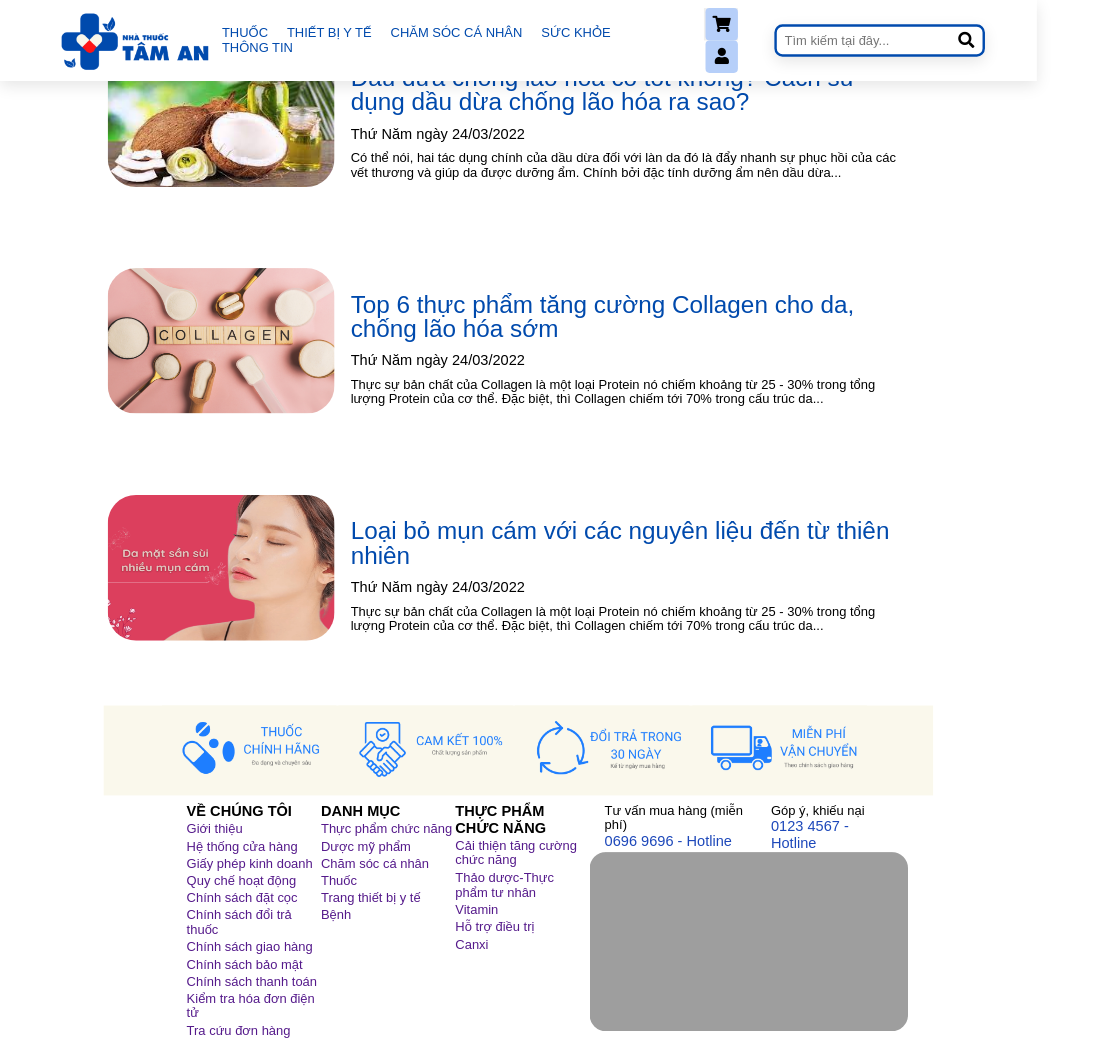
Repository: ViralAIWorks/TamAnPharmacy.github.io
Page: pages/chamsoccanhan.html
These files come from the project's save history. The page is drawn as it stood at one moment and after the next save; the edit follows.
The browser window is 1280 px wide. The page is 1280 px wide, then 1370 px, then 1280 px, so the pictures cover 1370 px, including what lies to the right of the window. The pictures show the whole page, at 81% of full size.
Pictures or frames that could not be fetched are drawn as grey boxes. Some web fonts or font styles are not loaded; a fallback is used.

Above is the page before, as saved 2022-03-23 19:16:07.
Console error: ReferenceError: Swiper is not defined

After the next save:
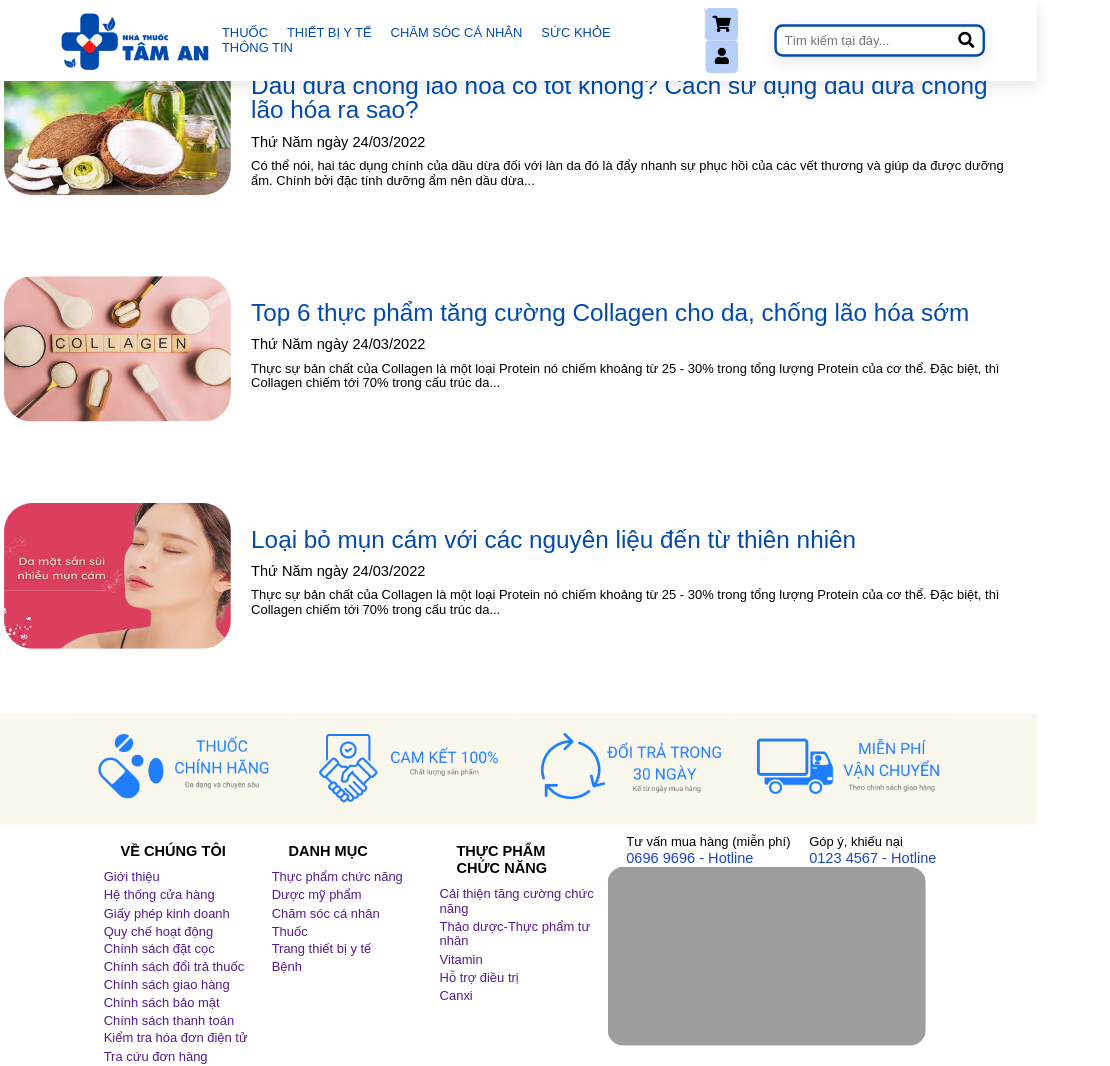
Saved 11 s later.
--- a/pages/chamsoccanhan.css
+++ b/pages/chamsoccanhan.css
@@ -187,7 +187,7 @@
     transition: 0.5s linear;
 }
 
-.ss-chuyende-news {
+.ss-chuyende-news h2 {
     margin: 10px 10%;
 }
 

After the save that followed:
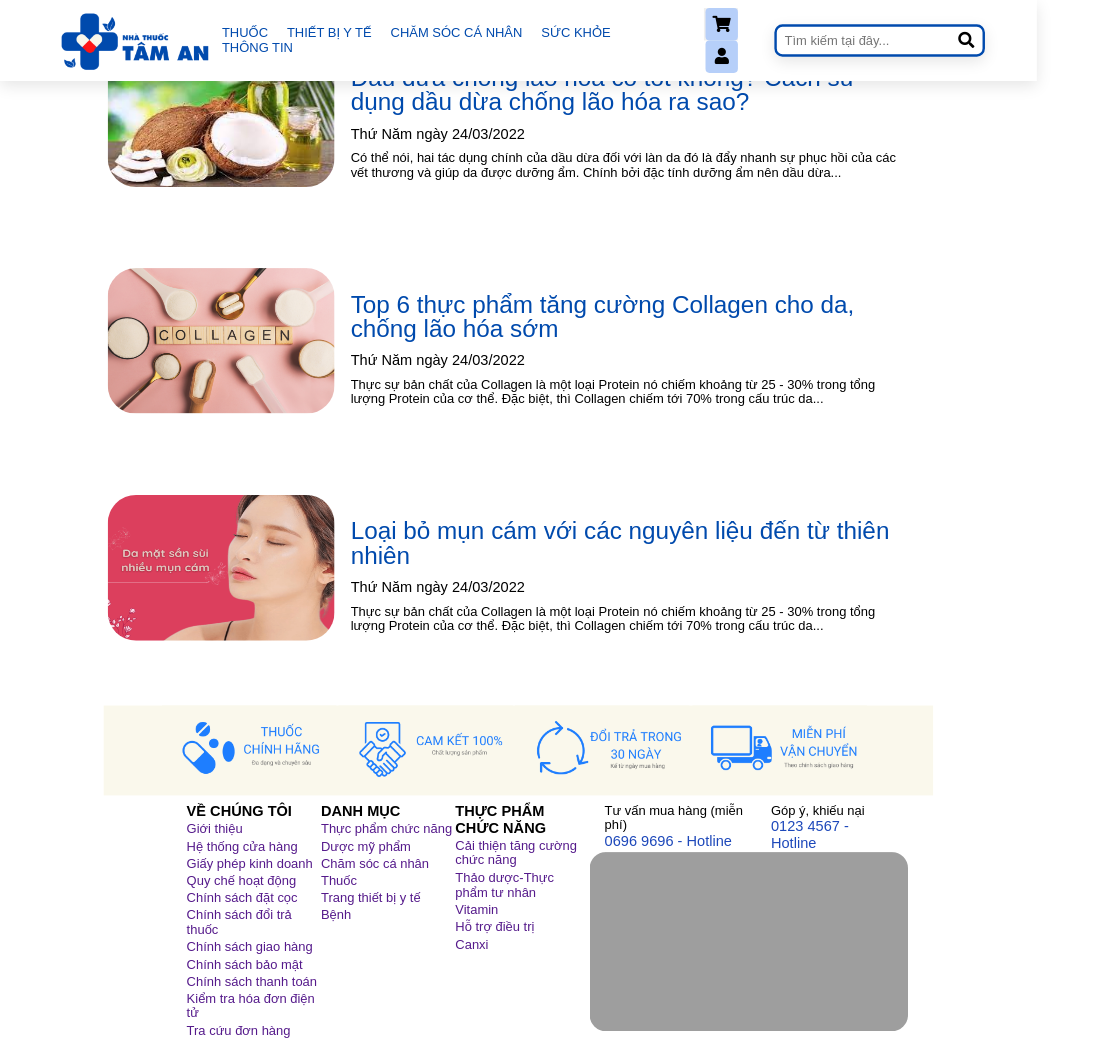
Saved 7 s later.
--- a/pages/chamsoccanhan.css
+++ b/pages/chamsoccanhan.css
@@ -187,7 +187,7 @@
     transition: 0.5s linear;
 }
 
-.ss-chuyende-news h2 {
+.ss-chuyende-news {
     margin: 10px 10%;
 }
 
